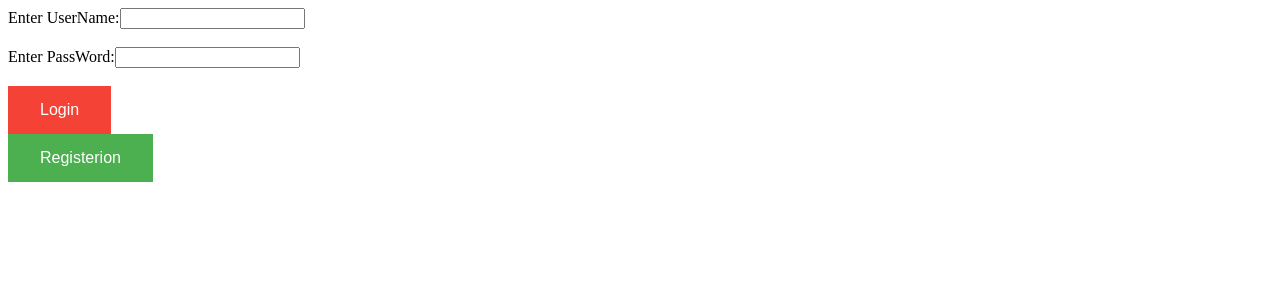
Repository: srikanthModugu/jdbc-servlet-jsp
Page: SutudentRegistration/WebContent/LoginPage.html
The author's editor kept a copy of each file at every save. The page is drawn from the files as they stood at one save, then again after the next save.
The browser window is 1280 px wide. The pictures show the whole page.

Above is the page before, as saved 2017-10-02 13:36:42.

### SutudentRegistration/WebContent/LoginPage.html
<!DOCTYPE html>
<html>
<head>
<style type="text/css">
.button {
    background-color: #4CAF50; /* Green */
    border: none;
    color: white;
    padding: 15px 32px;
    text-align: center;
    text-decoration: none;
    display: inline-block;
    font-size: 16px;
}
.button1 {background-color: #f44336;}
</style>
<meta charset="UTF-8">
<title>Insert title here</title>
</head>

<body>
<form action="login" method="get">
Enter UserName:<input type="text" name="Uname"/><br><br>
Enter PassWord:<input type="text" name="passWord"/><br><br>
 <input class="button button1" type="submit" value="Login"/><br>
  <button class="button" type="submit" formaction="/action_page2.php">Registerion</button>

</form>

</body>
</html>

After the next save:
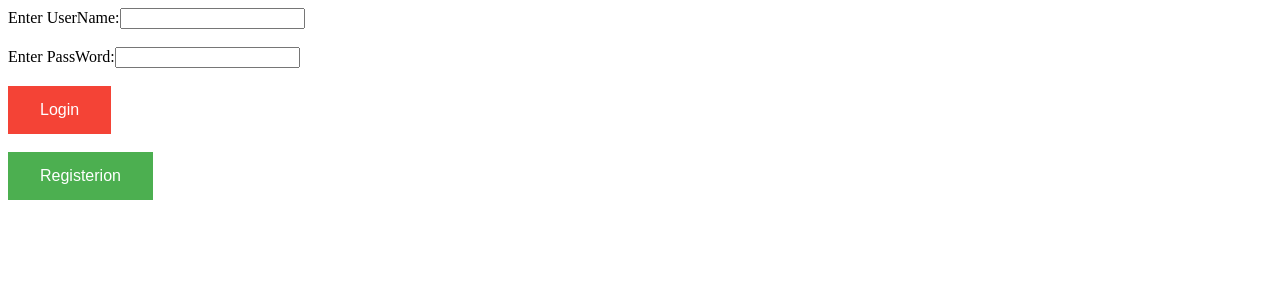
Saved 22 s later.
--- a/SutudentRegistration/WebContent/LoginPage.html
+++ b/SutudentRegistration/WebContent/LoginPage.html
@@ -22,7 +22,7 @@
 <form action="login" method="get">
 Enter UserName:<input type="text" name="Uname"/><br><br>
 Enter PassWord:<input type="text" name="passWord"/><br><br>
- <input class="button button1" type="submit" value="Login"/><br>
+ <input class="button button1" type="submit" value="Login"/><br><br>
   <button class="button" type="submit" formaction="/action_page2.php">Registerion</button>
 
 </form>
